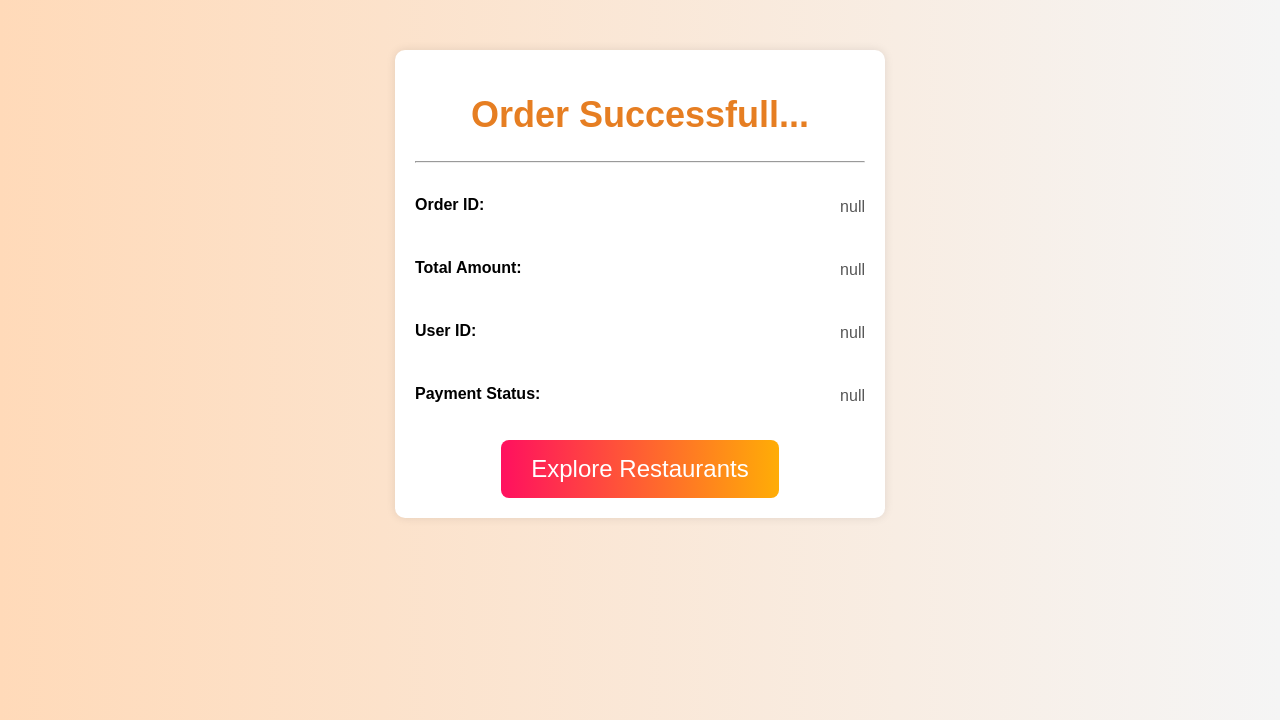
Repository: SWATHIBHUMA/FoodDelivaryApp
Page: http://localhost/FoodDelivaryApp/orderConfirmation.jsp
These files come from the project's save history. The page is drawn as it stood at one moment and after the next save; the edit follows.
The browser window is 1280 px wide. The pictures show the whole page.
The page is served by Tomcat 9. Other server files are loaded and not shown.

Above is the page before, as saved 2024-01-16 07:44:02.

### FoodDelivaryApp/src/main/webapp/orderConfirmation.jsp
<%@ page language="java" contentType="text/html; charset=UTF-8" pageEncoding="UTF-8"%>
<%@ page import="java.util.Objects" %>
<%@ page import="javax.servlet.http.HttpSession" %>

<%
    //HttpSession session = request.getSession();

    // Retrieve details from the session
    Integer orderId = (Integer) session.getAttribute("orderId");
    Integer totalAmount = (Integer) session.getAttribute("totalAmount");
    Integer userId = (Integer) session.getAttribute("userId");
    String paymentStatus = (String) session.getAttribute("paymentStatus");
%>

<!DOCTYPE html>
<html lang="en">
<head>
    <meta charset="UTF-8">
    <meta name="viewport" content="width=device-width, initial-scale=1.0">
    <style>
        body {
            font-family: 'Arial', sans-serif;
            background: linear-gradient(to right, peachpuff, whitesmoke);
            text-align: center;
            margin: 0;
            padding: 0;
        }

        .container {
            max-width: 450px;
            margin: 50px auto;
            background-color: #fff;
            border-radius: 10px;
            box-shadow: 0 0 10px rgba(0, 0, 0, 0.1);
            padding: 20px;
        }

        h1 {
			color: #e67e22;
			/* Dark orange text */
			margin-bottom: 25px;
			font-size: 36px;
			/* Increased font size */
			animation: bounce 1s forwards;
			/* Change infinite to forwards for single time bounce */
		}

		@keyframes bounce {

			0%,
			20%,
			50%,
			80%,
			100% {
				transform: translateY(0);
			}

			40% {
				transform: translateY(-20px);
			}

			60% {
				transform: translateY(-10px);
			}
		}


        p {
            color: #555;
            margin: 10px 0;
        }

        .form-group {
            display: flex;
            flex-direction: row;
            justify-content: space-between;
            align-items: center;
            margin-top: 25px;
            margin-bottom: 25px;
            gap: 25px;
        }

        .form-label {
            font-weight: bold;
            margin-bottom: 5px;
        }

        .form-input {
            padding: 10px;
            font-size: 16px;
            border: 1px solid #ccc;
            border-radius: 5px;
        }

        .form-button {
            background-color: #007bff;
            color: #fff;
            padding: 10px;
            font-size: 16px;
            border: none;
            border-radius: 5px;
            cursor: pointer;
        }

        .container-1{
        	display: inline-block;
        }

        button {
			background: linear-gradient(to right, #ff105f,#ffad06);
			/* Dark orange button color */
			color: #ffffff;
			/* White button text color */
			padding: 15px 30px;
			font-size: 24px;
			/* Increased font size */
			border: none;
			border-radius: 8px;
			cursor: pointer;
			transition: background-color 0.3s ease, transform 0.3s ease;
			outline: none;
			/* Remove default focus outline */
		}

		button:hover {
			background-color: #d35400;
			transform: scale(1.1);
			/* Darker orange on hover */
		}


    </style>
    <title>Order Confirmation</title>
</head>
<body>
    <div class="container">
        <h1>Order Successfull...</h1>
		<hr>
        <div class="form-group">
            <label class="form-label">Order ID:</label>
            <p><%= orderId %></p>
        </div>

        <div class="form-group">
            <label class="form-label">Total Amount:</label>
            <p><%= totalAmount %></p>
        </div>

        <div class="form-group">
            <label class="form-label">User ID:</label>
            <p><%= userId %></p>
        </div>

        <div class="form-group">
            <label class="form-label">Payment Status:</label>
            <p><%= paymentStatus %></p>
        </div>

		<div class="container-1">
        	<button onclick="window.location.href='<%= request.getContextPath() %>/Restaurents'">Explore Restaurants</button>
		</div>
    </div>
</body>
</html>

After the next save:
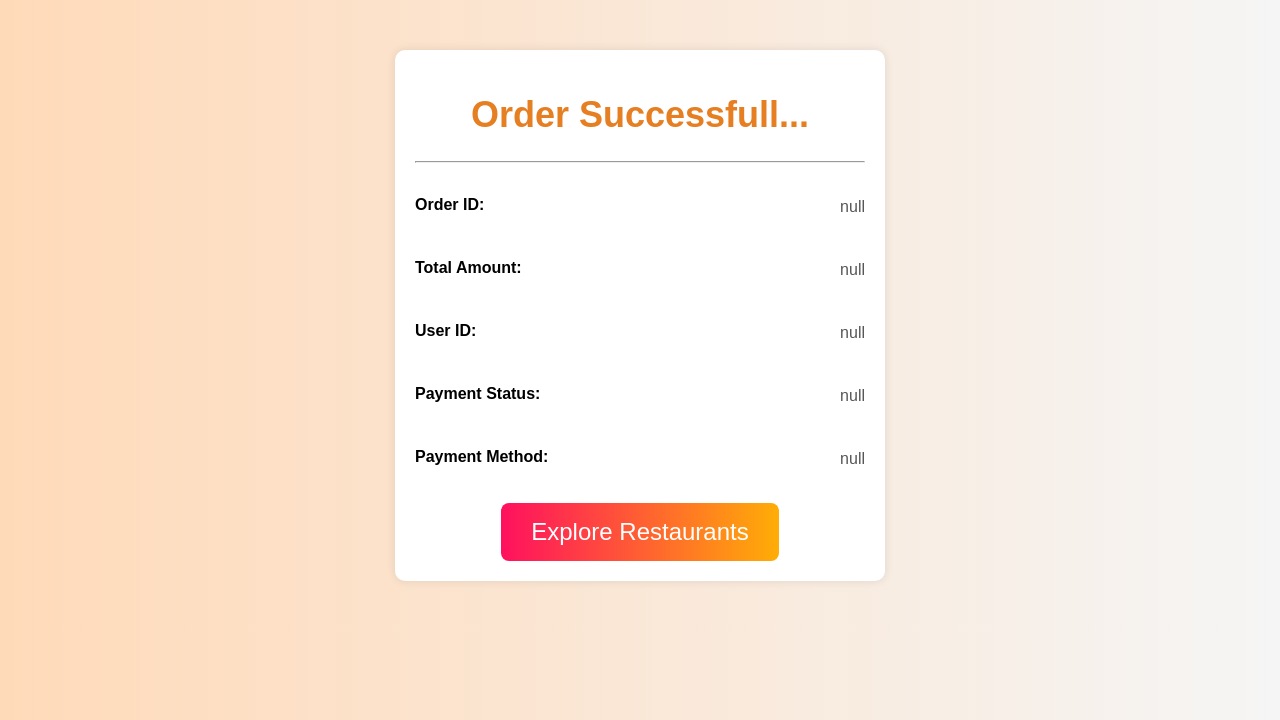
Saved 19 s later.
--- a/FoodDelivaryApp/src/main/webapp/orderConfirmation.jsp
+++ b/FoodDelivaryApp/src/main/webapp/orderConfirmation.jsp
@@ -10,6 +10,7 @@
     Integer totalAmount = (Integer) session.getAttribute("totalAmount");
     Integer userId = (Integer) session.getAttribute("userId");
     String paymentStatus = (String) session.getAttribute("paymentStatus");
+    String paymentMethod = (String) session.getAttribute("paymentMethod");
 %>
 
 <!DOCTYPE html>
@@ -156,6 +157,12 @@
             <p><%= paymentStatus %></p>
         </div>
 
+        <div class="form-group">
+            <label class="form-label">Payment Method:</label>
+            <p><%= paymentMethod %></p>
+        </div>
+
+
 		<div class="container-1">
         	<button onclick="window.location.href='<%= request.getContextPath() %>/Restaurents'">Explore Restaurants</button>
 		</div>
